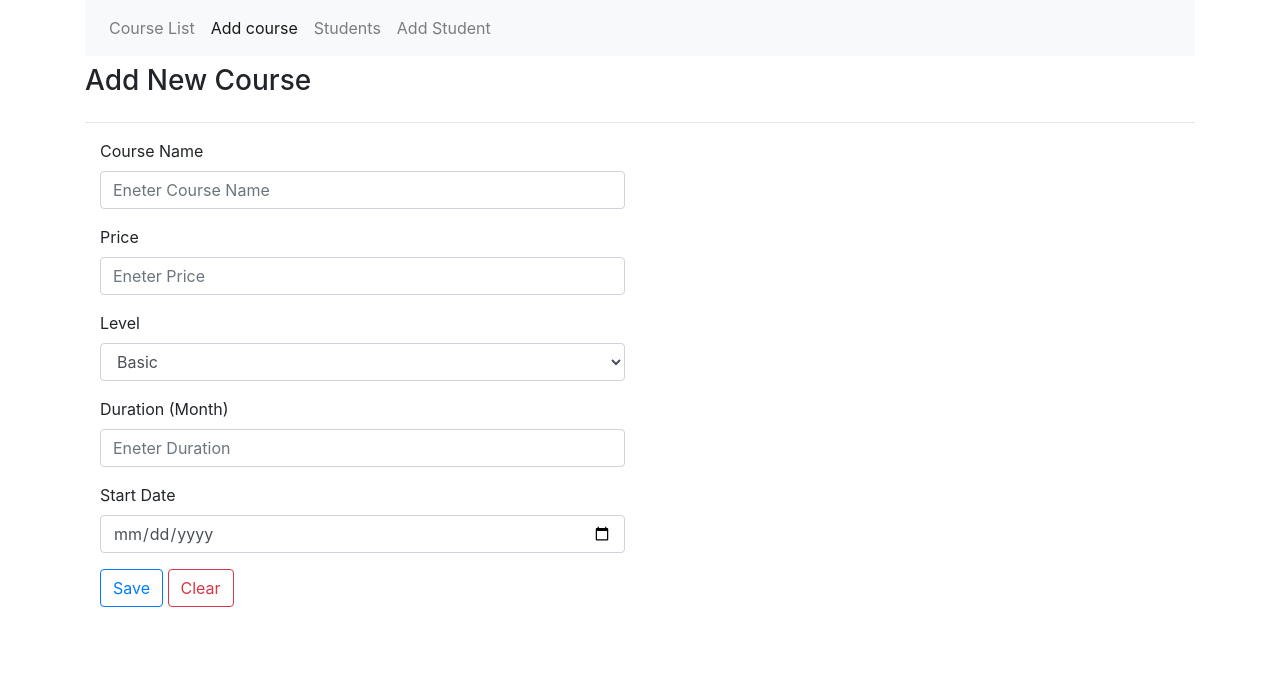
Repository: pyaephyotint22/Maven-Student-Course
Page: http://localhost/06-EL-JSTL/add-course
These files come from the project's save history. The page is drawn as it stood at one moment and after the next save; the edit follows.
The browser window is 1280 px wide. The pictures show the whole page.
The page is served by Tomcat 9.

Above is the page before, as saved 2020-12-20 13:01:37.

After the next save:
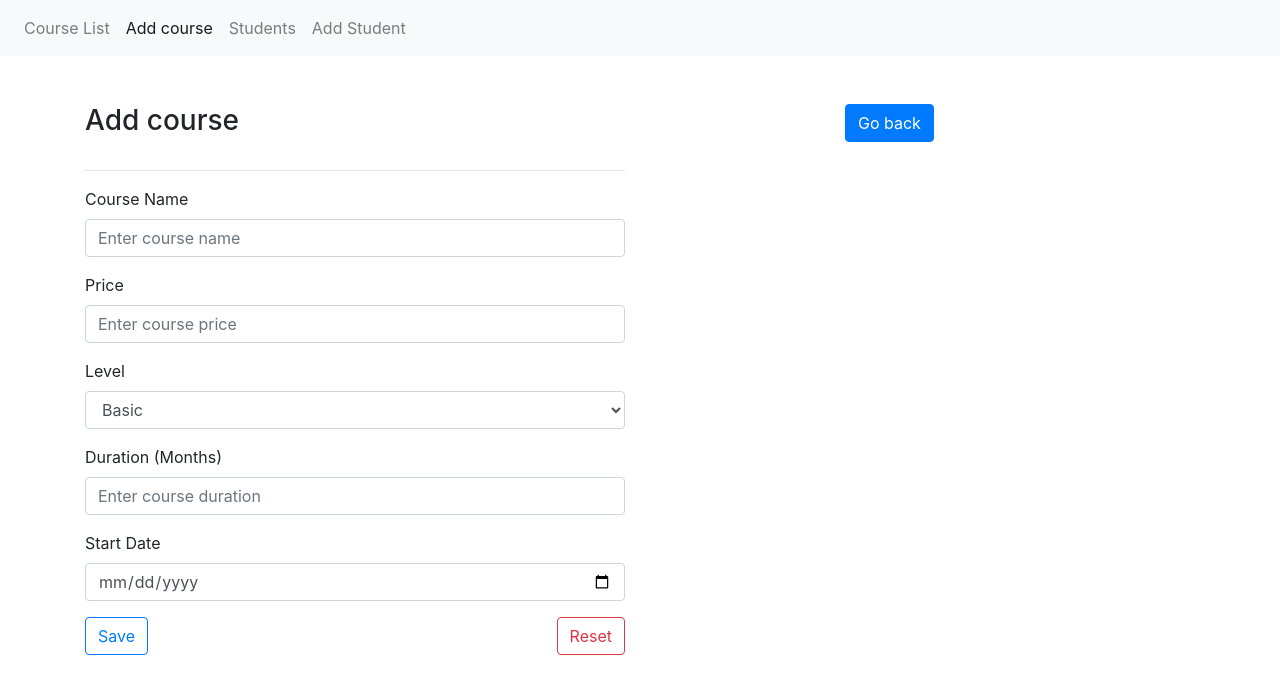
Saved 6 min 35 s later.
--- a/06-EL-JSTL/src/main/webapp/course-add.jsp
+++ b/06-EL-JSTL/src/main/webapp/course-add.jsp
@@ -1,56 +1,66 @@
 <%@ page language="java" contentType="text/html; charset=ISO-8859-1"
     pageEncoding="ISO-8859-1"%>
- <%@ taglib uri="http://java.sun.com/jsp/jstl/core" prefix="c" %>
+    <%@ taglib uri="http://java.sun.com/jsp/jstl/core" prefix="c" %>
 <!DOCTYPE html>
 <html>
 <head>
 <meta charset="ISO-8859-1">
-<title>Add Course</title>
+<title>Add Course Page</title>
 <link href="./common/css/bootstrap.min.css" rel="stylesheet" type="text/css"/>
 </head>
 <body>
-	<div class="container">
-		<jsp:include page="/common/menu.jsp"></jsp:include>
-		<div class="row mt-2">
-			<div class="col">
-			<h3>Add New Course</h3>
+<jsp:include page="/common/menu.jsp"></jsp:include>
+
+<div class="container">
+	<div class="row">
+		<div class="col-8 mt-5">
+			<h3>Add course</h3>
+		</div>
+		<div class="col-4 mt-5">
+				<c:url value="/index.jsp" var="course"></c:url>
+				<a href="${course }" class="btn btn-primary">Go back</a>
 			</div>
-		</div>
-		<div class="row">
-			<div class="col">
-				<hr/ >
-				<c:url value="/add-course" var="add"></c:url>
-				<form action="${add }" class="form col-6" method="post">
+	</div>
+	<div class="row">
+		<div class="col-6 my-2">
+			<hr />
+			<c:url value="/add-course" var="add"></c:url>
+			<form action="${add }" class="form" method="post">
 				<div class="form-group">
-					<label>Course Name</label>
-					<input type="text" name="coursename" required="required" placeholder="Eneter Course Name" class="form-control">
+					<label> Course Name</label>
+					<input type="text" name="courseName" required="required" placeholder="Enter course name" class="form-control" />
 				</div>
+
 				<div class="form-group">
-					<label>Price</label>
-					<input type="text" name="price" required="required" placeholder="Eneter Price" class="form-control">
+					<label> Price</label>
+					<input type="text" name="price" required="required" placeholder="Enter course price" class="form-control" />
 				</div>
+
 				<div class="form-group">
 					<label for="level">Level</label>
 					<select name="level" id="level" class="form-control">
-						<option value="Basic">Basic</option>
-						<option value="Intermediate">Intermediate</option>
-						<option value="Advance">Advance</option>
+						<option value="basic">Basic</option>
+						<option value="intermediate">Intermediate</option>
+						<option value="advanced">Advanced</option>
 					</select>
 				</div>
+
 				<div class="form-group">
-					<label>Duration (Month)</label>
-					<input type="number" name="duration" required="required" placeholder="Eneter Duration" class="form-control">
+					<label>Duration (Months)</label>
+					<input type="number" name="duration" required="required" placeholder="Enter course duration" class="form-control" />
+				</div>
+
+				<div class="form-group">
+					<label> Start Date</label>
+					<input type="date" name="date" required="required" class="form-control" />
 				</div>
 				<div class="form-group">
-					<label>Start Date</label>
-					<input type="date" name="startdate" required="required"  class="form-control">
+						<button type="submit" class="btn btn-outline-primary">Save</button>
+						<button type="submit" class="btn btn-outline-danger float-right">Reset</button>
 				</div>
-				<button type="submit" class="btn btn-outline-primary">Save</button>
-				<button type="reset" class="btn btn-outline-danger">Clear</button>
-				</form>
-			</div>
+			</form>
 		</div>
-
+	</div>
 </div>
 </body>
 </html>
